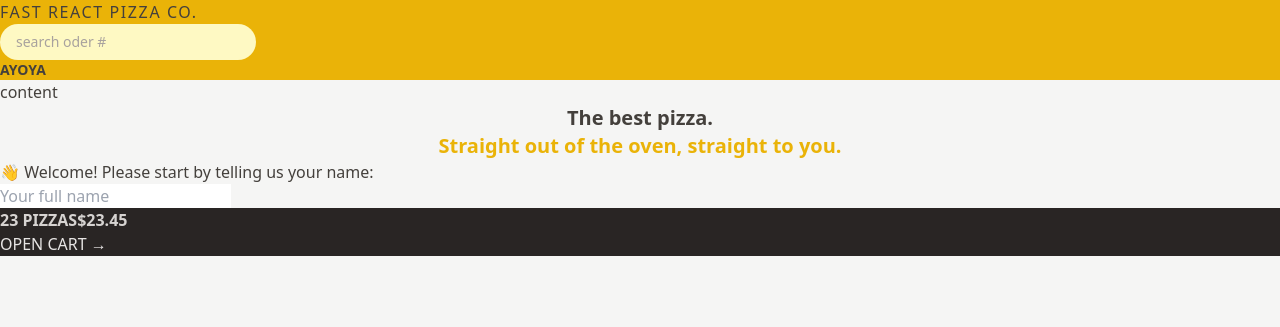
Repository: ayakhaled0001/pizza-delivery
Page: /
The author's editor kept a copy of each file at every save. The page is drawn from the files as they stood at one save, then again after a run of saves.
The browser window is 1280 px wide. The pictures show the whole page.
The project was rebuilt for these pictures with package versions that can differ from the ones it lists, and the page was loaded fresh each time. Also part of the build but not shown: vite.config.js, src/services/apiRestaurant.jsx, src/utilities/helpers.jsx, src/features/menu/MenuItem.jsx, src/features/menu/Menu.jsx, src/features/cart/Cart.jsx, src/features/order/Order.jsx, src/ui/Loader.jsx and 1 more. Imported but missing from the stored project, and not drawn on this page: src/features/order/CreateOrder.

Above is the page before, as saved 2025-05-01 02:24:00.

After the next 2 saves:
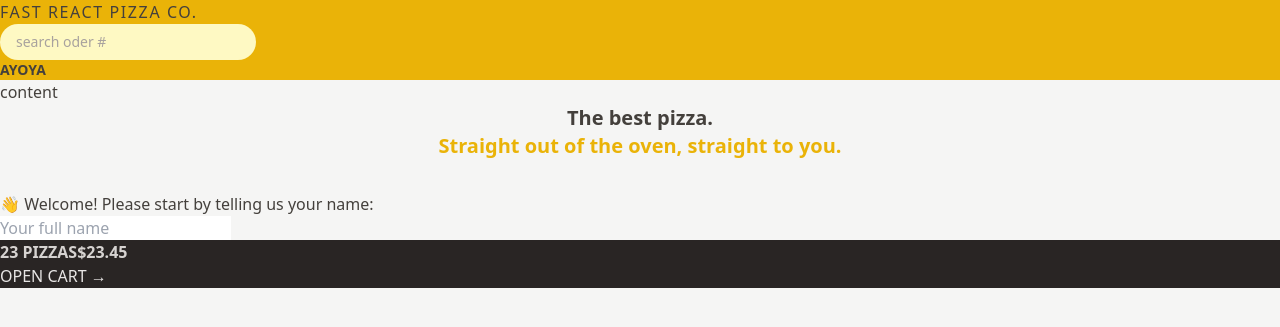
The 2 saves are shown as one change because they came seconds apart.
The last was saved 2 min 29 s later.
--- a/src/ui/Home.jsx
+++ b/src/ui/Home.jsx
@@ -2,7 +2,7 @@ import CreateUser from "../features/user/CreateUser";
 function Home() {
   return (
     <div>
-      <h1 className="text-xl  font-semibold text-center ">
+      <h1 className=" mb-8 text-xl  font-semibold text-center ">
         The best pizza.
         <br />
         <span className="text-yellow-500">
